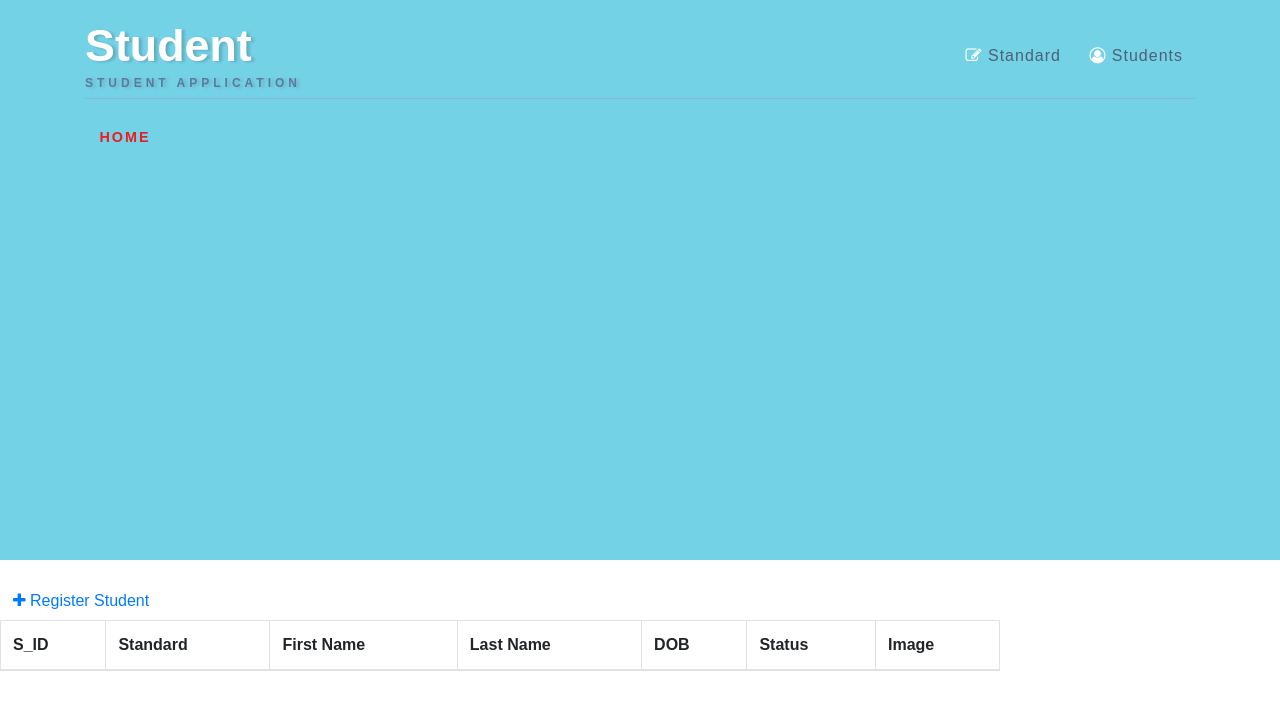
Repository: PallaviMadiya/Java-Framework-
Page: http://localhost/StudentApplication/student.jsp
The author's editor kept a copy of each file at every save. The page is drawn from the files as they stood at one save, then again after the next save.
The browser window is 1280 px wide. The pictures show the whole page.
Some web fonts or font styles are not loaded; a fallback is used. The page is served by Tomcat 9. Other server files are loaded and not shown. Queries for data that is not in the repository find no rows.

Above is the page before, as saved 2023-10-18 09:12:14.

### StudentApplication/src/main/webapp/student.jsp
<%@ page language="java" contentType="text/html; charset=ISO-8859-1"
    pageEncoding="ISO-8859-1"%>
<%@page import="dao.StudentDao"%>
<%@page import="model.Student"%>
<%@page import="java.util.*"%>

<!DOCTYPE html>
<html>
<head>
<meta charset="ISO-8859-1">
<title>Student List</title>
</head>
<body>
<%@include file="header.jsp" %>
<!--/banner-->

	<div class="forms ml-auto">
		<a href="register.jsp" class="btn"><span class="fa fa-plus"></span> Register Student</a>
    </div>
	<%List<Student> list = StudentDao.getStudentList(); %>

	<table class="table table-bordered" style="width:1000px;" >
  <thead>
    <tr>
      <th scope="col">S_ID</th>
      <th scope="col">Standard</th>
      <th scope="col">First Name</th>
      <th scope="col">Last Name</th>
      <th scope="col">DOB</th>
      <th scope="col">Status</th>
      <th scope="col">Image</th>
    </tr>
  </thead>
  <tbody>
  <%for(Student s: list){ %>
    <tr>
      <th scope="row" ><%=s.getSid() %></th>
      <%String std = StudentDao.getStandardById(s.getId()); %>
      <td><%=std %></td>
      <td><%=s.getFname() %></td>
      <td><%=s.getLname() %></td>
      <td><%=s.getDob() %></td>
      <td><%=s.getStatus() %></td>
      <td><img height="100px" weight="100px" src="img/<%=s.getImage() %>" /></td>
    </tr>
    <%} %>
  </tbody>
</table>

</body>
</html>

### StudentApplication/src/main/webapp/header.jsp
<%@ page language="java" contentType="text/html; charset=ISO-8859-1"
    pageEncoding="ISO-8859-1"%>
<!--
Author:W3layouts
Author URL: http://w3layouts.com
License: Creative Commons Attribution 3.0 Unported
License URL: http://creativecommons.org/licenses/by/3.0/
-->

<!DOCTYPE html>
<html lang="zxx">

<head>
    <title>Baggage Ecommerce Category Bootstrap Responsive Web Template | Home :: W3layouts</title>
    <!-- Meta tag Keywords -->
    <meta name="viewport" content="width=device-width, initial-scale=1">
    <meta charset="UTF-8" />
    <meta name="keywords" content="Baggage Responsive web template, Bootstrap Web Templates, Flat Web Templates, Android Compatible web template, Smartphone Compatible web template, free webdesigns for Nokia, Samsung, LG, SonyEricsson, Motorola web design" />
    <script>
        addEventListener("load", function() {
            setTimeout(hideURLbar, 0);
        }, false);

        function hideURLbar() {
            window.scrollTo(0, 1);
        }
    </script>
    <!-- //Meta tag Keywords -->
    <!-- Custom-Files -->
    <link rel="stylesheet" href="css/bootstrap.css">
    <!-- Bootstrap-Core-CSS -->
    <link rel="stylesheet" href="css/style.css" type="text/css" media="all" />
    <!-- Style-CSS -->
    <!-- font-awesome-icons -->
    <link href="css/font-awesome.css" rel="stylesheet">
    <!-- //font-awesome-icons -->
    <!-- /Fonts -->
    <link href="//fonts.googleapis.com/css?family=Hind:300,400,500,600,700" rel="stylesheet">
    <!-- //Fonts -->

</head>

<body>
    <div class="main-sec">
        <!-- //header -->
        <header class="py-sm-3 pt-3 pb-2" id="home">
            <div class="container">
                <!-- nav -->
                <div class="top-w3pvt d-flex">
                    <div id="logo">
                        <h1> <a href="index.jsp"><span class="log-w3pvt">Student</a> <label class="sub-des">Student Application</label></h1>
                    </div>

                    <div class="forms ml-auto">
                        <a href="standard.jsp" class="btn"><span class="fa fa-pencil-square-o"></span> Standard</a>
                        <a href="student.jsp" class="btn"><span class="fa fa-user-circle-o"></span> Students</a>
                    </div>
                </div>
                <div class="nav-top-wthree">
                    <nav>
                        <label for="drop" class="toggle"><span class="fa fa-bars"></span></label>
                        <input type="checkbox" id="drop" />
                        <ul class="menu">
                            <li class="active"><a href="index.jsp">Home</a></li>

                        </ul>
                    </nav>
                    <!-- //nav -->
                    <div class="clearfix"></div>
                </div>
            </div>
        </header>
        <!-- //header -->

       </div>
  </body>
  </html>

### StudentApplication/src/main/java/dao/StudentDao.java
package dao;

import java.sql.Connection;
import java.sql.PreparedStatement;
import java.sql.ResultSet;
import java.sql.Statement;
import java.util.ArrayList;
import java.util.List;

import connection.DBConnection;
import model.Standard;
import model.Student;

public class StudentDao {

	public static List<Standard> getStandardList(){
		List<Standard> listStandard= new ArrayList<Standard>();
		try {
			Connection conn =  DBConnection.createConnection();
			String sql = "SELECT * FROM standard";
			PreparedStatement pst = conn.prepareStatement(sql);
			ResultSet rs = pst.executeQuery();
			while(rs.next()) {
				Standard s = new Standard();
				s.setId(rs.getInt("id"));
				s.setName(rs.getString("name"));
				s.setStatus(rs.getString("status"));
				listStandard.add(s);
			}

		}catch(Exception e) {
			e.printStackTrace();
		}
		return listStandard;
	}

	public static void addStudent(Student s) {
		try {
			Connection conn = DBConnection.createConnection();
			String sql = "INSERT INTO student(id, fname, lname, dob, image, createdDate, status) VALUES(?,?,?,?,?,?,?)";
			PreparedStatement pst = conn.prepareStatement(sql);
			pst.setInt(1, s.getId());
			pst.setString(2, s.getFname());
			pst.setString(3, s.getLname());
			pst.setString(4, s.getDob());
			pst.setString(5, s.getImage());
			pst.setString(6, s.getCreatedDate());
			pst.setString(7, s.getStatus());
			pst.executeUpdate();

		}catch(Exception e) {
			e.printStackTrace();
		}
	}

	public static List<Student> getStudentList(){
		List<Student> studentList = new ArrayList<Student>();
		try {
			Connection conn = DBConnection.createConnection();
			String sql = "SELECT * FROM student";
			PreparedStatement pst = conn.prepareStatement(sql);
			ResultSet rs = pst.executeQuery();
			while(rs.next()) {
				Student s = new Student();
				s.setSid(rs.getInt("sid"));
				s.setId(rs.getInt("id"));
				s.setFname(rs.getString("fname"));
				s.setLname(rs.getString("lname"));
				s.setDob(rs.getDate("dob").toString());
				s.setImage(rs.getString("image"));
				s.setCreatedDate(rs.getDate("createdDate").toString());
				s.setStatus(rs.getString("status"));
				studentList.add(s);
			}
		}catch(Exception e) {
			e.printStackTrace();
		}
		return studentList;
	}

	public static String getStandardById(int id) {
		String std = "";
		try {
			Connection conn = DBConnection.createConnection();
			String sql = "SELECT name FROM standard WHERE id=?";
			PreparedStatement pst = conn.prepareStatement(sql);
			pst.setInt(1, id);
			ResultSet rs = pst.executeQuery();
			if(rs.next()) {
				std = rs.getString("name");
			}

		}catch(Exception e) {
			e.printStackTrace();
		}

		return std;
	}

	public static void addStandard(Standard s) {
		try {
			Connection conn = DBConnection.createConnection();
			String sql = "INSERT INTO standard(name, status) VALUES(?,?)";
			PreparedStatement pst = conn.prepareStatement(sql);
			pst.setString(1, s.getName());
			pst.setString(2, s.getStatus());
			pst.executeUpdate();
		}catch(Exception e) {
			e.printStackTrace();
		}

	}
}

### StudentApplication/src/main/java/connection/DBConnection.java
package connection;

import java.sql.Connection;
import java.sql.DriverManager;

public class DBConnection {
	public static Connection createConnection() {
		Connection conn = null;
		try {
			Class.forName("com.mysql.cj.jdbc.Driver");
			conn = DriverManager.getConnection("jdbc:mysql://localhost:3306/testdb","root","");
		}catch(Exception e){
			e.printStackTrace();
		}
		return conn;
	}
}

Loaded but not shown: StudentApplication/src/main/webapp/css/bootstrap.css (library); StudentApplication/src/main/webapp/css/font-awesome.css (library); StudentApplication/src/main/webapp/css/style.css (1690 lines, source omitted)

After the next save:
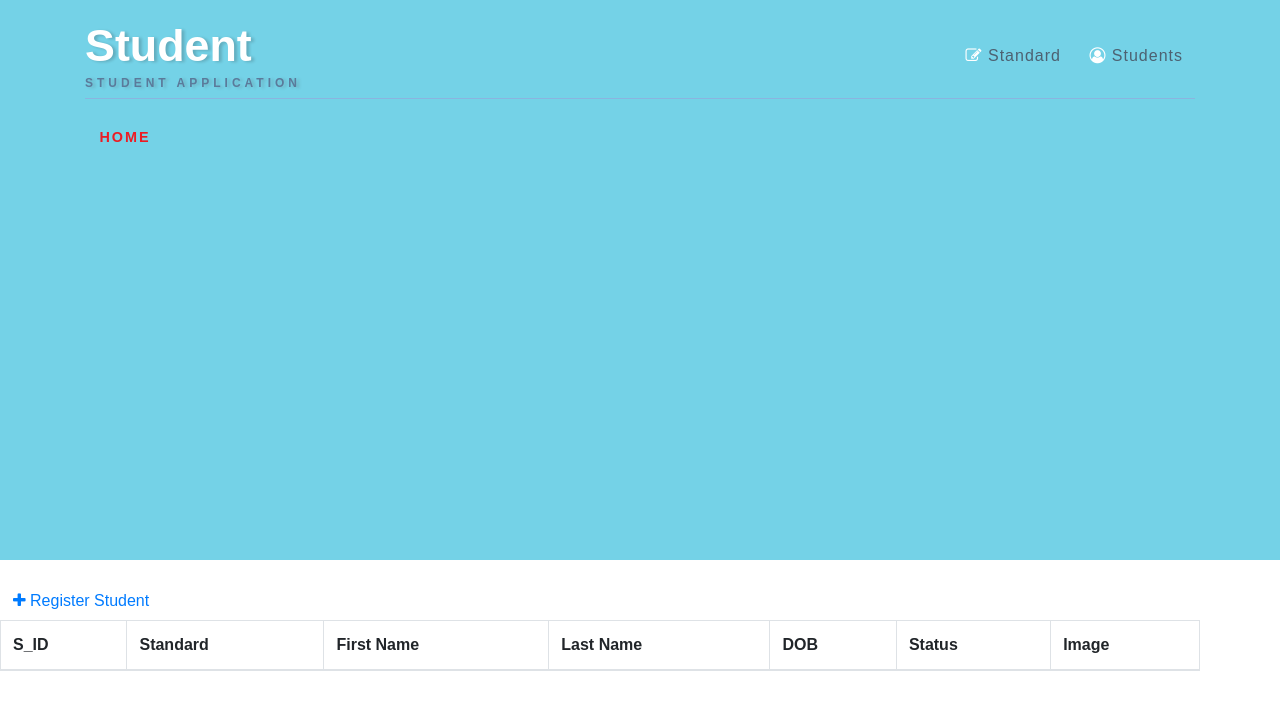
Saved 11 s later.
--- a/StudentApplication/src/main/webapp/student.jsp
+++ b/StudentApplication/src/main/webapp/student.jsp
@@ -19,7 +19,7 @@
     </div>
 	<%List<Student> list = StudentDao.getStudentList(); %>
 
-	<table class="table table-bordered" style="width:1000px;" >
+	<table class="table table-bordered" style="width:1200px;" >
   <thead>
     <tr>
       <th scope="col">S_ID</th>
